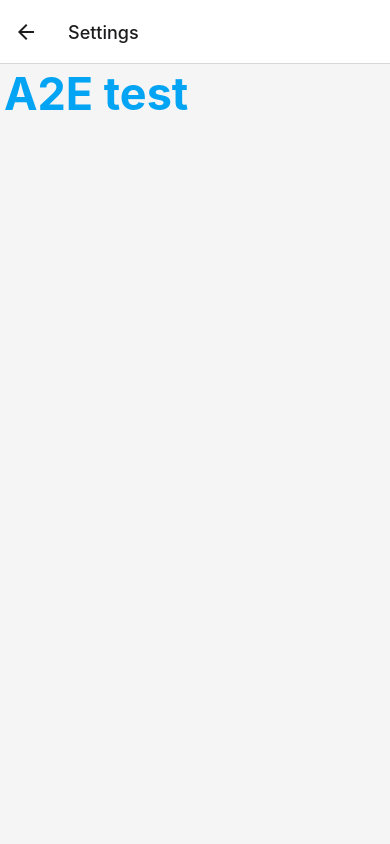
Repository: amartinM1/A2E-UI
Page: /Settings
The author's editor kept a copy of each file at every save. The page is drawn from the files as they stood at one save, then again after the next save.
The browser window is 390 px wide. The pictures show the whole page.
The app was drawn by React Native's web renderer in a window 390 px wide. The project was rebuilt for these pictures with package versions that can differ from the ones it lists, and the page was loaded fresh each time. Some packages were replaced by stand-ins written for this rebuild. Also part of the build but not shown: pages/profile.js, server/server.js, pages/home.js.

Above is the page before, as saved 2023-02-16 11:25:18.

### App.js
import { StatusBar } from 'expo-status-bar';
import React from 'react';
import { StyleSheet, Text, View } from 'react-native';
import Launch from './pages/launch.js';
import Navigator from './navigation/navigator.js';

export default function App() {
  return (
    <Navigator/>
  );
}

### pages/launch.js
import React, {Component} from 'react';
import {
    Text,
    View,
    StyleSheet,
    TouchableOpacity,
} from 'react-native';

function Button({onPress, children}) {
    return (
        <TouchableOpacity onPress={onPress} style={styles.button}>
                <Text style={styles.button_text}>{children}</Text>
        </TouchableOpacity>
    );
}

function Launch({navigation}) {
    return (
        <View style={styles.container}>
            <View style={styles.background_container}>
                <Text style={styles.logo}>A2E</Text>
            </View>
            <View style={styles.main_container}>
                <Text style={styles.title}>Welcome to{"\n"}ASL-to-English</Text>
                <Text style={styles.body}>We translate your ASL to English all in one application.</Text>
                <Button onPress={() => navigation.navigate('Home') }>Get Started</Button>
            </View>
        </View>
    );
}

const styles = StyleSheet.create({
    container: {
        flex: 1,
        alignItems: 'center',
    },
    background_container: {
        position: 'absolute',
        top: 0,
        bottom: 0,
        left: 0,
        right: 0,
        backgroundColor: '#F5F5F5',
    },
    main_container: {
        flex: 1,
        justifyContent: 'center',
        alignItems: 'center',
    },
    logo: {
        fontSize: 45,
        fontWeight: 'bold',
        color: '#04a4f4',
        textAlign: 'left',
        marginLeft: '1%',
        marginTop: '0.5%',
    },
    title: {
        fontSize: 45,
        fontWeight: 'bold',
        color: '#04a4f4',
        marginBottom: '2.5%',
        textAlign: 'center',
    },
    body: {
        fontSize: 20,
        fontWeight: '400',
        color: '#04a4f4',
        marginBottom: '4%',
        textAlign: 'center',
    },
    button: {
        alignItems: 'center',
        backgroundColor: '#04a4f4',
        padding: 10,
        borderRadius: 50,
        width: 250,
    },
    button_text: {
        marginBottom: 2,
        marginTop: 2,
        fontSize: 25,
        fontWeight: '600',
        color: '#FFFFFF',
    },
})

export default Launch;

### navigation/navigator.js
import React from 'react';
import { NavigationContainer } from '@react-navigation/native';
import { createNativeStackNavigator } from '@react-navigation/native-stack';

//pages
import Launch from '../pages/launch';
import Home from '../pages/home';
import Profile from '../pages/profile';
import Settings from '../pages/settings';

//stacks
const LaunchStack = createNativeStackNavigator();

//Launch Page Stack
function Navigator() {
    return (
        <NavigationContainer>
            <LaunchStack.Navigator>
                <LaunchStack.Screen
                    name="Launch"
                    component={Launch}
                    options={{headerShown: false}}
                />
                <LaunchStack.Screen
                    name="Home"
                    component={Home}
                    options={{headerShown: false}}
                />
                <LaunchStack.Screen
                    name="Profile"
                    component={Profile}
                />
                <LaunchStack.Screen
                    name="Settings"
                    component={Settings}
                />
            </LaunchStack.Navigator>
        </NavigationContainer>
    );
}

export default Navigator;

### pages/settings.js
import React, {Component} from 'react';
import {
    Text,
    View,
    StyleSheet,
    TouchableOpacity,
} from 'react-native';

function Settings({navigation}) {
    return (
        <View style={styles.container}>
            <View style={styles.background_container}>
                <Text style={styles.logo}>A2E test</Text>
            </View>
            <View style={styles.main_container}>
            </View>
        </View>
    );
}

const styles = StyleSheet.create({
    container: {
        flex: 1,
        alignItems: 'center',
    },
    background_container: {
        position: 'absolute',
        top: 0,
        bottom: 0,
        left: 0,
        right: 0,
        backgroundColor: '#F5F5F5',
    },
    main_container: {
        flex: 1,
        justifyContent: 'center',
        alignItems: 'center',
    },
    logo: {
        fontSize: 45,
        fontWeight: 'bold',
        color: '#04a4f4',
        textAlign: 'left',
        marginLeft: '1%',
        marginTop: '0.5%',
    },
});

export default Settings;

Loaded but not shown: index.js (common file)

After the next save:
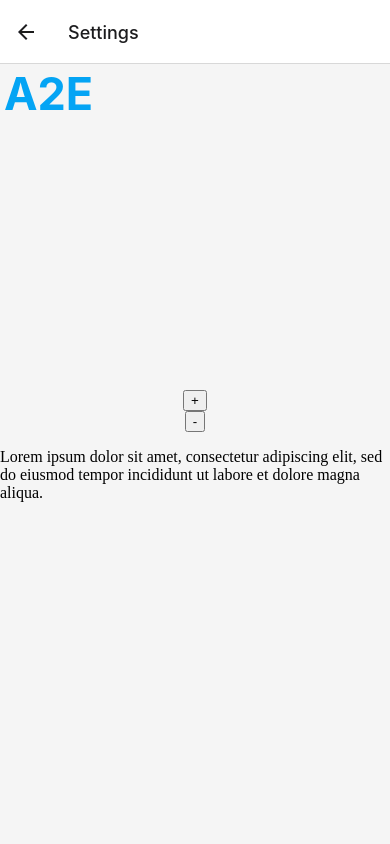
Saved 12 min 43 s later.
--- a/pages/settings.js
+++ b/pages/settings.js
@@ -1,4 +1,4 @@
-import React, {Component} from 'react';
+import React, {Component,useState} from 'react';
 import {
     Text,
     View,
@@ -7,12 +7,23 @@ import {
 } from 'react-native';
 
 function Settings({navigation}) {
+
+    const [fontSize, setFontSize] = useState(16);
     return (
         <View style={styles.container}>
             <View style={styles.background_container}>
-                <Text style={styles.logo}>A2E test</Text>
+                <Text style={styles.logo}>A2E</Text>
             </View>
             <View style={styles.main_container}>
+                <button onClick = {() =>setfontSize(fontSize +2)}>
+                    +
+                </button>
+                <button onClick = {() =>setFontSize(fontSize +2)}>
+                    -
+                </button>
+                <p style ={{fontSize: '${fontSize} px' }}>
+                Lorem ipsum dolor sit amet, consectetur adipiscing elit, sed do eiusmod tempor incididunt ut labore et dolore magna aliqua.
+                </p>
             </View>
         </View>
     );
